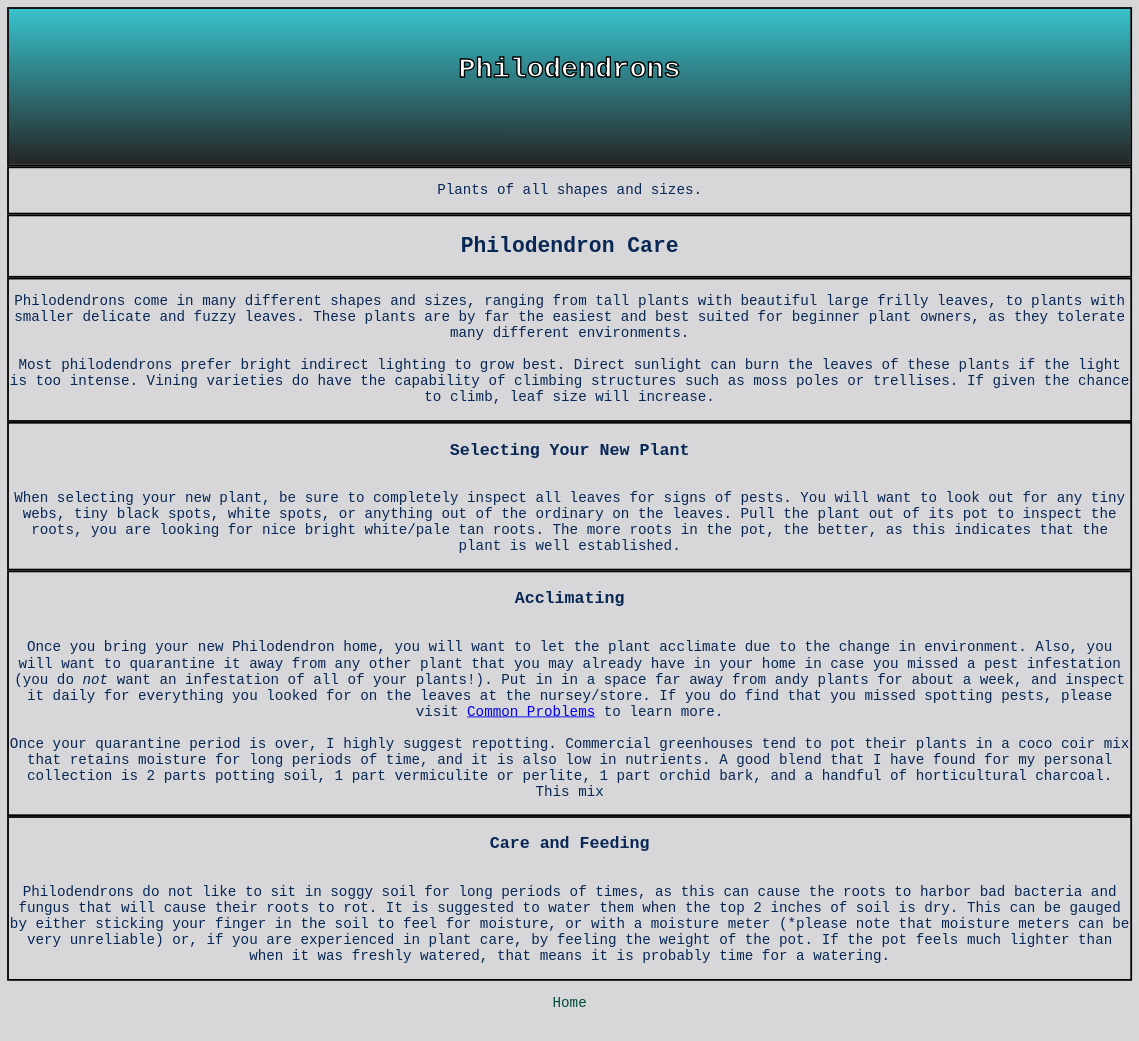
Repository: swillis91/odin-recipies
Page: Planty Page/philodendrons.html
These files come from the project's save history. The page is drawn as it stood at one moment and after the next save; the edit follows.
The browser window is 1280 px wide. The pictures show the whole page, at 89% of full size.

Above is the page before, as saved 2023-08-14 23:56:42.

### Planty Page/philodendrons.html
<!DOCTYPE html>
    <html>
        <head>
            <title>Calatheas</title>
            <link href="style.css" rel="stylesheet"
        </head>
        <body>
            <div class="Header">
            <h1 class="heading">Philodendrons</h1>
            </div>
            <div class="box">
              <p>Plants of all shapes and sizes.</p>
            </div>
            <div class="box">
            <h2 class="species">Philodendron Care</h2>
            </div>
            <div class="box">
                <p class="care">Philodendrons come in many different shapes and sizes, ranging from tall plants with beautiful large frilly leaves, to plants with smaller delicate and fuzzy leaves. These plants are by far the easiest and best suited for beginner plant owners, as they tolerate many different environments.
                <br>
                <br>
                Most philodendrons prefer bright indirect lighting to grow best. Direct sunlight can burn the leaves of these plants if the light is too intense. Vining varieties do have the capability of climbing structures such as moss poles or trellises. If given the chance to climb, leaf size will increase.</p>
            </div>
            <div class="box">
                <h3>Selecting Your New Plant</h3>
                <p>When selecting your new plant, be sure to completely inspect all leaves for signs of pests. You will want to look out for any tiny webs, tiny black spots, white spots, or anything out of the ordinary on the leaves. Pull the plant out of its pot to inspect the roots, you are looking for nice bright white/pale tan roots. The more roots in the pot, the better, as this indicates that the plant is well established.</p>
            </div>
            <div class="box">
                <h3>Acclimating</h3>
                <p>Once you bring your new Philodendron home, you will want to let the plant acclimate due to the change in environment. Also, you will want to quarantine it away from any other plant that you may already have in your home in case you missed a pest infestation (you do <em>not</em> want an infestation of all of your plants!). Put in in a space far away from andy plants for about a week, and inspect it daily for everything you looked for on the leaves at the nursey/store. If you do find that you missed spotting pests, please visit <a href='./problems'>Common Problems</a> to learn more.
                <br><br>
                Once your quarantine period is over, I highly suggest repotting. Commercial greenhouses tend to pot their plants in a coco coir mix that retains moisture for long periods of time, and it is also low in nutrients. A good blend that I have found for my personal collection is 2 parts potting soil, 1 part vermiculite or perlite, 1 part orchid bark, and a handful of horticultural charcoal. This mix </p>
            </div>
            <div class="box">
                <h3>Care and Feeding</h3>
                    <p>Philodendrons do not like to sit in soggy soil for long periods of times, as this can cause the roots to harbor bad bacteria and fungus that will cause their roots to rot. It is suggested to water them when the top 2 inches of soil is dry. This can be gauged by either sticking your finger in the soil to feel for moisture, or with a moisture meter (*please note that moisture meters can be very unreliable) or, if you are experienced in plant care, by feeling the weight of the pot. If the pot feels much lighter than when it was freshly watered, that means it is probably time for a watering.</p>
            </div>
              </p>
                <!--img src="./Images/makoyana.webp" id="calathea makoyana" width="700px"-->
            <footer>
                <nav>
                    <a href="./index.html" class="navigation">Home</a>

                </nav>
            </footer>
        </body>
    </html>

### Planty Page/style.css
body{
    background-color: rgb(215, 215, 217);
    color:rgb(8, 39, 85);
    text-align: center;
    font-family: 'Permanent Marker', cursive;
    font-family: 'Space Mono', monospace;
}

.heading{
    color: rgb(0, 0, 0);
    -webkit-text-fill-color: rgb(255, 255, 255);
    -webkit-text-stroke-width: 1.5px;
    -webkit-text-stroke-color: rgb(0, 0, 0);
    text-transform: capitalize;
    border: 2px solid rgb(0, 3, 3);
    background-image: linear-gradient(rgba(15, 189, 201, 0.795), rgba(0, 0, 0, 0.827));
    height: 75px;
    margin: 0 auto;
    padding:50px 20px;

}

div.box{
    border:2px solid black;
    display: flex;
    margin-left: auto;
    flex-direction:column;
    align-content: center;
}

#calathea-makoyana{
    width: 500px;
    Height: auto:
}

.navigation{
    color:rgb(1, 75, 56);
    text-decoration: none;
}

a:hover{
    color: rgb(20, 220, 2);
    background-color: rgb(5, 55, 1);
}

After the next save:
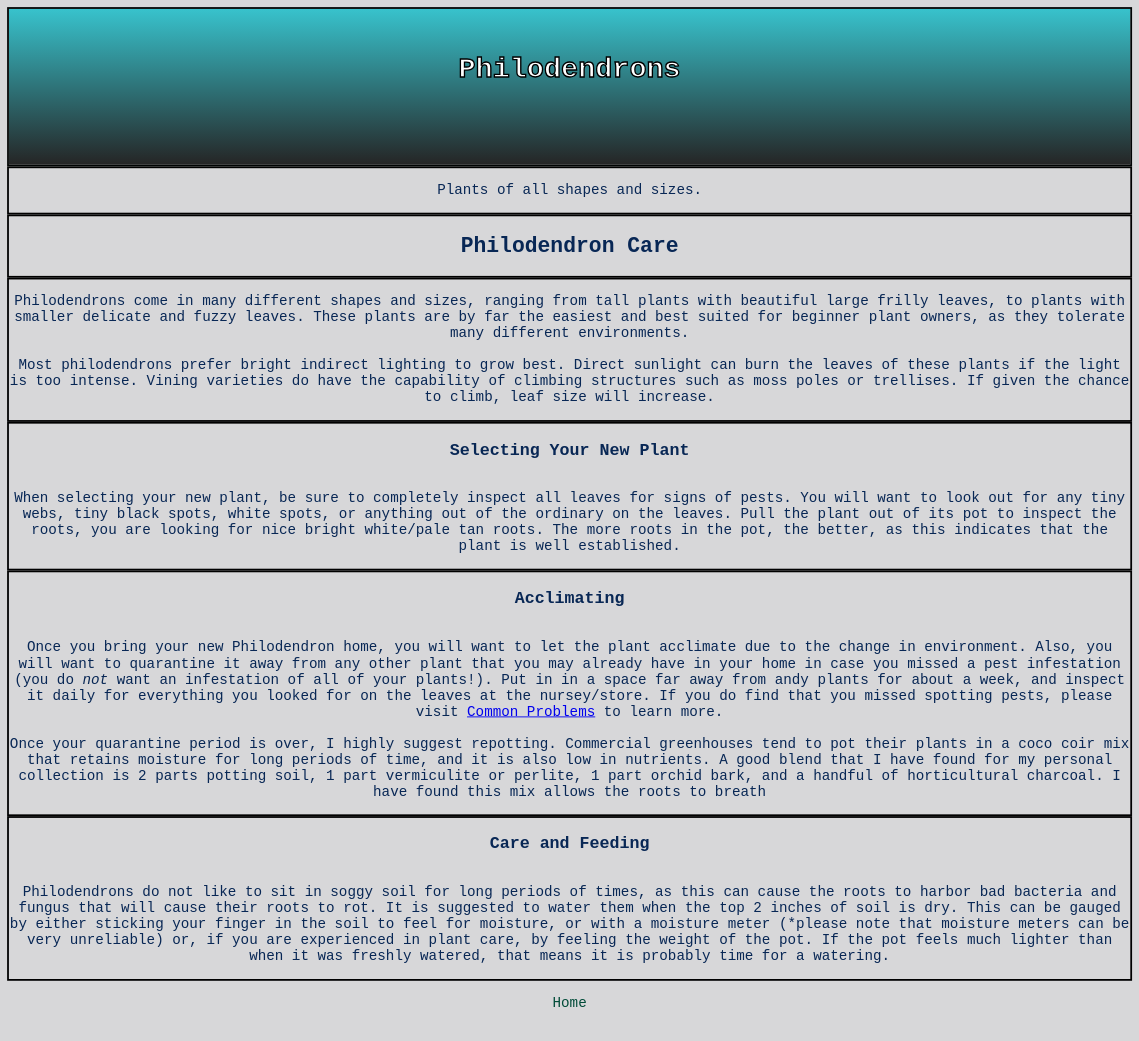
Saved 15 s later.
--- a/Planty Page/philodendrons.html
+++ b/Planty Page/philodendrons.html
@@ -28,7 +28,7 @@
                 <h3>Acclimating</h3>
                 <p>Once you bring your new Philodendron home, you will want to let the plant acclimate due to the change in environment. Also, you will want to quarantine it away from any other plant that you may already have in your home in case you missed a pest infestation (you do <em>not</em> want an infestation of all of your plants!). Put in in a space far away from andy plants for about a week, and inspect it daily for everything you looked for on the leaves at the nursey/store. If you do find that you missed spotting pests, please visit <a href='./problems'>Common Problems</a> to learn more.
                 <br><br>
-                Once your quarantine period is over, I highly suggest repotting. Commercial greenhouses tend to pot their plants in a coco coir mix that retains moisture for long periods of time, and it is also low in nutrients. A good blend that I have found for my personal collection is 2 parts potting soil, 1 part vermiculite or perlite, 1 part orchid bark, and a handful of horticultural charcoal. This mix </p>
+                Once your quarantine period is over, I highly suggest repotting. Commercial greenhouses tend to pot their plants in a coco coir mix that retains moisture for long periods of time, and it is also low in nutrients. A good blend that I have found for my personal collection is 2 parts potting soil, 1 part vermiculite or perlite, 1 part orchid bark, and a handful of horticultural charcoal. I have found this mix allows the roots to breath</p>
             </div>
             <div class="box">
                 <h3>Care and Feeding</h3>
